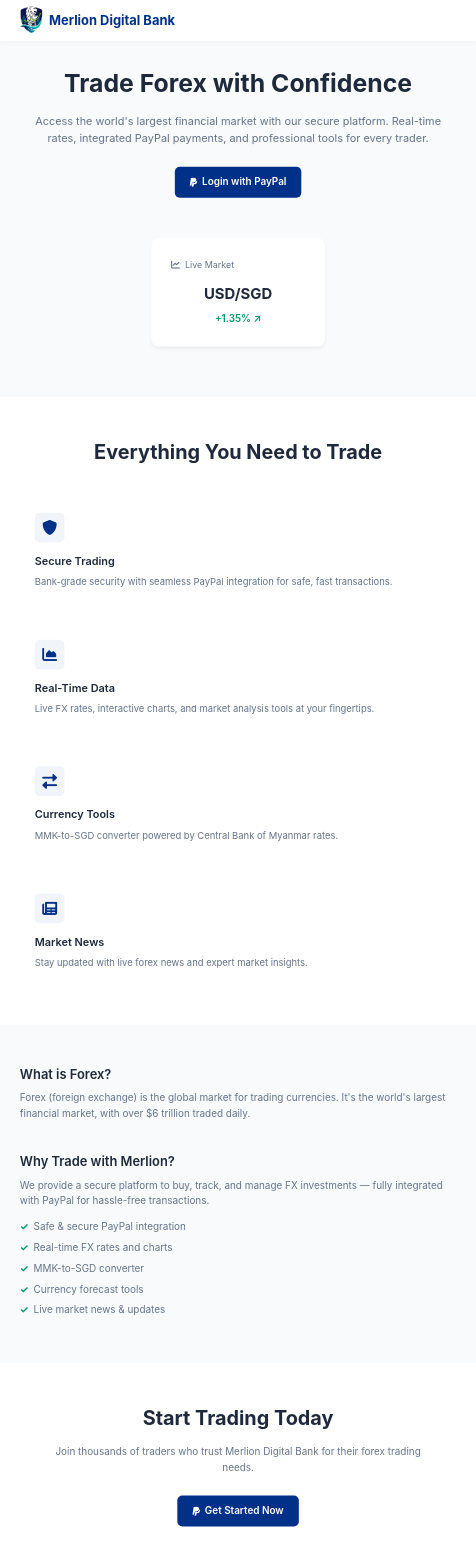
Repository: MayThetNaingBo/MerlionFX-app
Page: http://localhost/
The author's editor kept a copy of each file at every save. The page is drawn from the files as they stood at one save, then again after the next save.
The browser window is 768 px wide. The pictures show the whole page, at 62% of full size.
The page is served by the project's application, run on Flask 3 (app.py).

Above is the page before, as saved 2025-08-07 23:40:12.

After the next save:
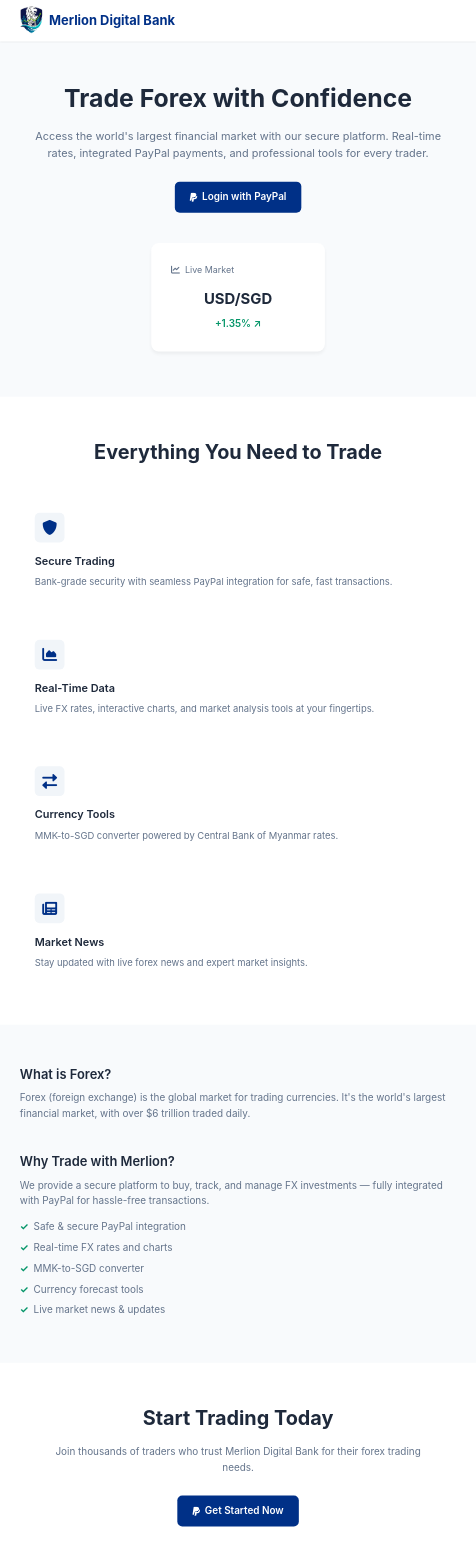
Saved 64 s later.
--- a/templates/index.html
+++ b/templates/index.html
@@ -340,7 +340,7 @@
                 grid-template-columns: 1fr;
                 gap: 2rem;
                 text-align: center;
-                padding: 6rem 2rem 4rem;
+                padding: 8rem 2rem 4rem;
             }
 
             .hero-content h1 {
